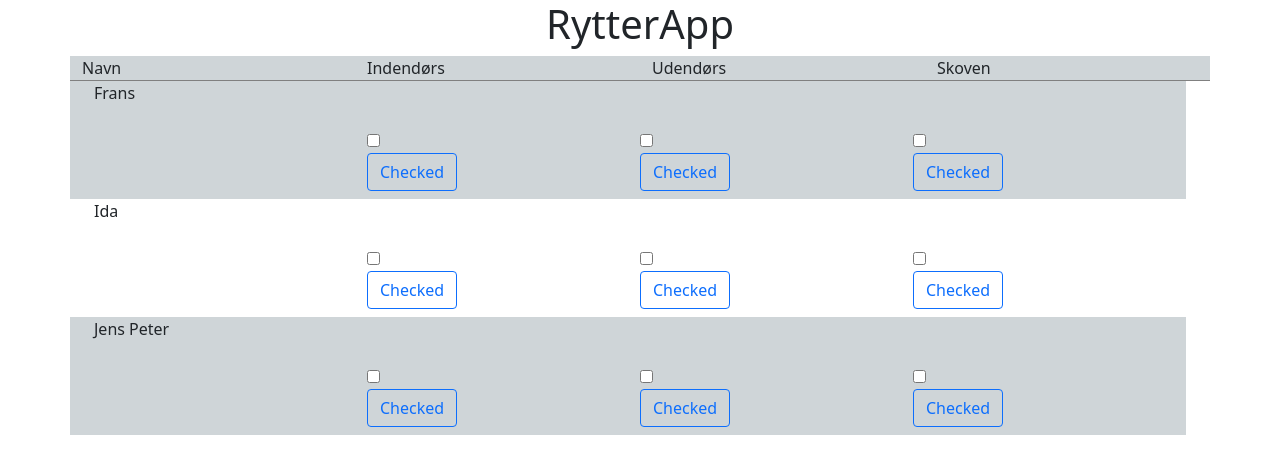
Repository: Flam1ga/test
Page: /
An editor plug-in stored every save of this project. The page is shown before and after a run of saves, followed by the edit.
The browser window is 1280 px wide. The pictures show the whole page.
The project was rebuilt for these pictures with package versions that can differ from the ones it lists, and the page was loaded fresh each time. Also part of the build but not shown: src/components/Button.css.

Above is the page before, as saved 2022-01-06 12:35:24.

After the next 2 saves:
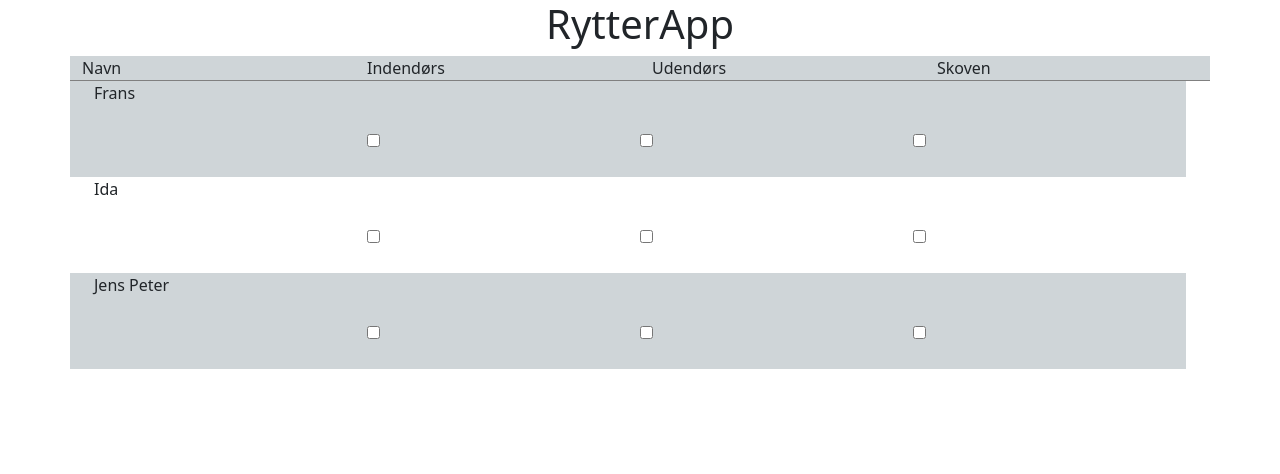
The 2 saves are shown as one change because 1 did not build or start.
The last was saved 28 s later.
--- a/src/components/Button.js
+++ b/src/components/Button.js
@@ -53,7 +53,7 @@ function Button() {
       <br />
       <input type="checkbox" />
       <br></br>
-      <ToggleButton
+      {/* <ToggleButton
         className="mb-2"
         id="toggle-check"
         type="checkbox"
@@ -63,7 +63,7 @@ function Button() {
         onChange={(e) => setIsIndoorChecked(e.currentTarget.isIndoorChecked)}
       >
         Checked
-      </ToggleButton>
+      </ToggleButton> */}
       <br />
       {/* <ButtonGroup className="mb-2">
         <ToggleButton
